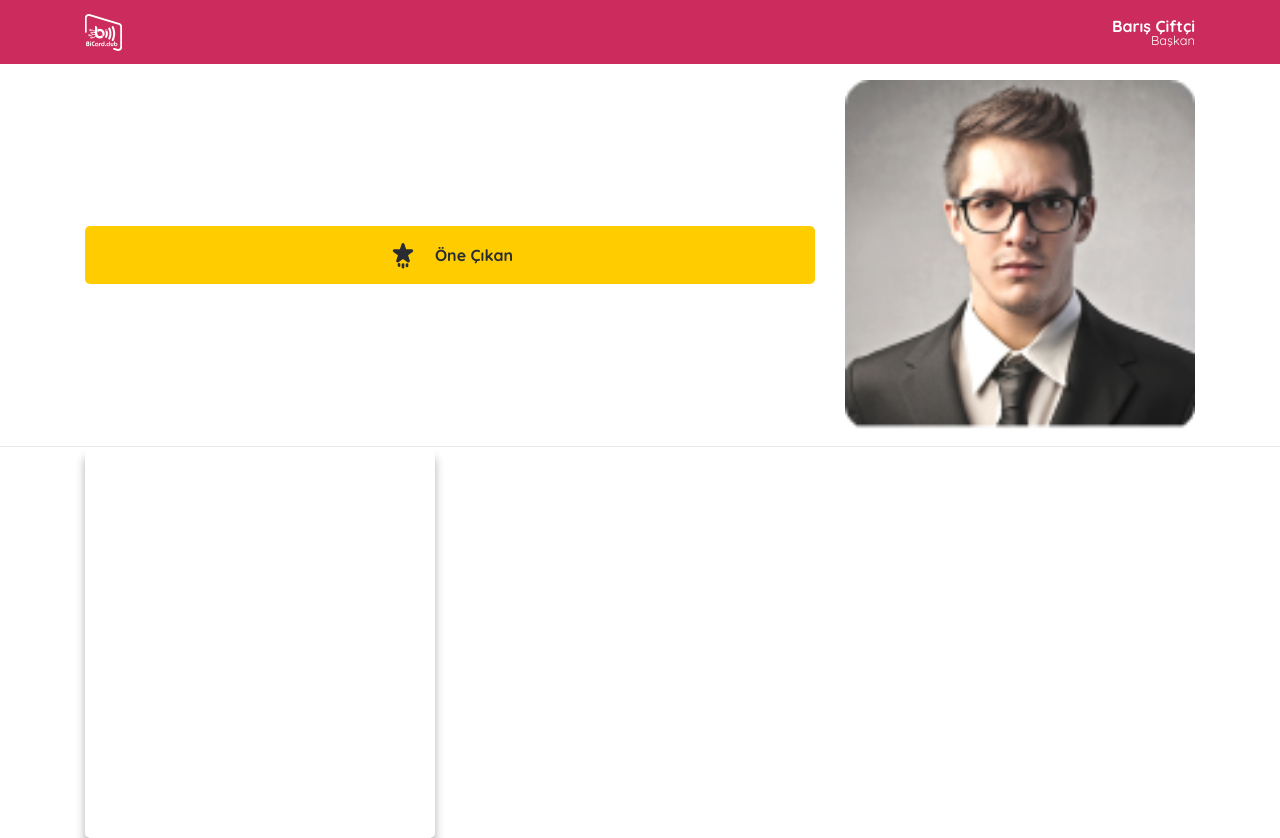
Repository: KayahanKahriman/bicard
Page: index.html
The author's editor kept a copy of each file at every save. The page is drawn from the files as they stood at one save, then again after the next save.
The browser window is 1280 px wide. The pictures show the whole page.
The style sheet was rebuilt from its Sass, Less or Tailwind sources for each picture, by a compiler version that may differ from the author's.

Above is the page before, as saved 2021-12-01 12:15:58.

### index.html
<!doctype html>
<html>

<head>
    <meta name="viewport" content="width=device-width, initial-scale=1, maximum-scale=1, user-scalable=no">
    <meta charset="utf-8" />
    <title>Title</title>
    <link rel="preconnect" href="https://fonts.googleapis.com">
    <link rel="preconnect" href="https://fonts.gstatic.com" crossorigin>
    <link href="https://fonts.googleapis.com/css2?family=Quicksand:wght@400;500;700&display=swap" rel="stylesheet">
    <link href="./assets/css/style.css" type="text/css" rel="stylesheet" />
</head>

<body>
    <header id="app-bar">
        <div class="container h-100">
            <div class="row h-100 align-items-center justify-content-between">
                <div class="col-1">
                    <img src="./assets/images/logo.png" alt="">
                </div>
                <div class="col-11">
                    <div id="app-bar-right">
                        <p id="person-name">Barış Çiftçi</p>
                        <p id="person-title">Başkan</p>
                    </div>
                </div>
            </div>
        </div>
    </header>

    <section id="profile" class="py-3">
        <div class="container">
            <div class="row align-items-center justify-content-center text-center">
                <div class="col-8">
                    <a href="#" class="button jumbo-button button-has-icon"><img src="./assets/images/ranking.svg" alt="">Öne Çıkan</a>
                </div>
                <div class="col-4">
                    <img class="img-contain" src="./assets/images/avatar.png" alt="">
                </div>
            </div>
        </div>
    </section>

    <section id="icon-grid">
        <div class="container">
            <div class="row">
                <div class="col-4">
                    <div class="icon-grid-item">
                        <img src="./assets/images/user-add.png" alt="">
                    </div>
                </div>
            </div>
        </div>
    </section>

    <script src="https://unpkg.com/swiper/swiper-bundle.min.js"></script>
    <script type="text/javascript" src="assets/js/index.js"></script>
</body>

</html>

### assets/scss/style.scss
@import "main";

#app-bar {
  background-color: var(--primary-color);
  height: var(--app-bar-height);
  width: 100%;
  color: white;

  #person-name,
  #person-title {
    line-height: 1;
    text-align: right;
    margin-bottom: 0;
  }

  #person-name {
    font-weight: 600;
  }

  #person-title {
    font-size: 0.8em;
  }
}

#profile {
  background-color: white;
  position: relative;
  top: var(--app-bar-height);
  position: sticky;
  width: 100%;
  border-bottom: 1px solid var(--border-color);
}

/*------------------------------------*\
    RESPONSIVE
\*------------------------------------*/

@media only screen and (min-width: 320px) {
}

@media only screen and (min-width: 480px) {
}

@media only screen and (min-width: 768px) {
}

@media only screen and (min-width: 1024px) {
}

@media only screen and (min-width: 1140px) {
}

@media only screen and (min-width: 1280px) {
}

@media only screen and (-webkit-min-device-pixel-ratio: 1.5),
  only screen and (min-resolution: 144dpi) {
}

### assets/scss/_main.scss
@import "./flex-grid/flexgrid";
@import "vars";
@import "https://unpkg.com/swiper/swiper-bundle.min.css";

*,
*:after,
*:before {
  margin: 0;
  padding: 0;
  -webkit-font-smoothing: antialiased;
  text-rendering: optimizeLegibility;
}

.row-no-padding {
  margin-left: 0;
  margin-right: 0;

  [class*="col-"] {
    padding-left: 0 !important;
    padding-right: 0 !important;
  }
}

a {
  color: var(--link-color);
  text-decoration: none;
}

a:hover,
a:focus,
a:active {
  text-decoration: none;
  outline: none;
}

html,
body {
  height: 100%;
  min-height: 100%;
}

body {
  font-size: 16px;
  color: var(--text-color);
  font-family: var(--primary-font);
  font-weight: 400;
}

.button {
  border-radius: 5px;
  padding: 0.5em 1em;
  transition: all 0.3s ease-in-out;

  &:hover {
    color: var(--text-color);
  }
}

.primary-button {
  background-color: var(--primary-color);

  &:hover {
    background-color: var(--primary-font);
  }
}

.jumbo-button {
  background-color: var(--secondary-color);
  font-weight: 600;
  padding: 0.8em 2em;

  &:hover {
    background-color: var(--darker-secondary-color);
  }
}

.button-has-icon {
  display: flex;
  align-items: center;
  justify-content: center;
  column-gap: 1em;

  img,
  svg {
    width: 2em;
    height: 2em;
    object-position: center;
    object-fit: contain;
  }
}

.img-contain {
  width: 100%;
  height: 100%;
  object-fit: contain;
  object-position: center center;
}

.icon-grid-item {
  border-radius: 5px;
  box-shadow: 0 10px 10px #00000050;
  display: flex;
  align-items: center;
  justify-content: center;
  padding-bottom: 100%;
}

### assets/scss/flex-grid/_flexgrid.scss
@import "functions";
@import "variables";
@import "mixins";
@import "reboot";
@import "utilities";
@import "grid";

### assets/scss/flex-grid/_functions.scss
// Bootstrap functions
//
// Utility mixins and functions for evaluating source code across our variables, maps, and mixins.

// Ascending
// Used to evaluate Sass maps like our grid breakpoints.
@mixin _assert-ascending($map, $map-name) {
  $prev-key: null;
  $prev-num: null;
  @each $key, $num in $map {
    @if $prev-num == null or unit($num) == "%" {
      // Do nothing
    } @else if not comparable($prev-num, $num) {
      @warn "Potentially invalid value for #{$map-name}: This map must be in ascending order, but key '#{$key}' has value #{$num} whose unit makes it incomparable to #{$prev-num}, the value of the previous key '#{$prev-key}' !";
    } @else if $prev-num >= $num {
      @warn "Invalid value for #{$map-name}: This map must be in ascending order, but key '#{$key}' has value #{$num} which isn't greater than #{$prev-num}, the value of the previous key '#{$prev-key}' !";
    }
    $prev-key: $key;
    $prev-num: $num;
  }
}

// Starts at zero
// Used to ensure the min-width of the lowest breakpoint starts at 0.
@mixin _assert-starts-at-zero($map, $map-name: "$grid-breakpoints") {
  $values: map-values($map);
  $first-value: nth($values, 1);
  @if $first-value != 0 {
    @warn "First breakpoint in #{$map-name} must start at 0, but starts at #{$first-value}.";
  }
}

// Replace `$search` with `$replace` in `$string`
// Used on our SVG icon backgrounds for custom forms.
//
// @author Hugo Giraudel
// @param {String} $string - Initial string
// @param {String} $search - Substring to replace
// @param {String} $replace ('') - New value
// @return {String} - Updated string
@function str-replace($string, $search, $replace: "") {
  $index: str-index($string, $search);

  @if $index {
    @return str-slice($string, 1, $index - 1) + $replace + str-replace(str-slice($string, $index + str-length($search)), $search, $replace);
  }

  @return $string;
}

// Color contrast
@function color-yiq($color, $dark: $yiq-text-dark, $light: $yiq-text-light) {
  $r: red($color);
  $g: green($color);
  $b: blue($color);

  $yiq: (($r * 299) + ($g * 587) + ($b * 114)) / 1000;

  @if ($yiq >= $yiq-contrasted-threshold) {
    @return $dark;
  } @else {
    @return $light;
  }
}

// Retrieve color Sass maps
@function color($key: "blue") {
  @return map-get($colors, $key);
}

@function theme-color($key: "primary") {
  @return map-get($theme-colors, $key);
}

@function gray($key: "100") {
  @return map-get($grays, $key);
}

// Request a theme color level
@function theme-color-level($color-name: "primary", $level: 0) {
  $color: theme-color($color-name);
  $color-base: if($level > 0, $black, $white);
  $level: abs($level);

  @return mix($color-base, $color, $level * $theme-color-interval);
}

### assets/scss/flex-grid/_mixins.scss
// Toggles
//
// Used in conjunction with global variables to enable certain theme features.

// Vendor
@import "vendor/rfs";


// Utilities
@import "mixins/breakpoints";
@import "mixins/image";
@import "mixins/hover";
@import "mixins/deprecate";
@import "mixins/text-hide";
@import "mixins/text-truncate";
@import "mixins/text-emphasis";
@import "mixins/size";


// // Layout
@import "mixins/clearfix";
@import "mixins/grid-framework";
@import "mixins/grid";
@import "mixins/float";

### assets/scss/flex-grid/mixins/_image.scss
// Image Mixins
// - Responsive image
// - Retina image


// Responsive image
//
// Keep images from scaling beyond the width of their parents.

@mixin img-fluid {
  // Part 1: Set a maximum relative to the parent
  max-width: 100%;
  // Part 2: Override the height to auto, otherwise images will be stretched
  // when setting a width and height attribute on the img element.
  height: auto;
}


// Retina image
//
// Short retina mixin for setting background-image and -size.

@mixin img-retina($file-1x, $file-2x, $width-1x, $height-1x) {
  background-image: url($file-1x);

  // Autoprefixer takes care of adding -webkit-min-device-pixel-ratio and -o-min-device-pixel-ratio,
  // but doesn't convert dppx=>dpi.
  // There's no such thing as unprefixed min-device-pixel-ratio since it's nonstandard.
  // Compatibility info: https://caniuse.com/#feat=css-media-resolution
  @media only screen and (min-resolution: 192dpi), // IE9-11 don't support dppx
    only screen and (min-resolution: 2dppx) { // Standardized
    background-image: url($file-2x);
    background-size: $width-1x $height-1x;
  }
  @include deprecate("`img-retina()`", "v4.3.0", "v5");
}

### assets/scss/flex-grid/mixins/_hover.scss
// Hover mixin and `$enable-hover-media-query` are deprecated.
//
// Originally added during our alphas and maintained during betas, this mixin was
// designed to prevent `:hover` stickiness on iOS-an issue where hover styles
// would persist after initial touch.
//
// For backward compatibility, we've kept these mixins and updated them to
// always return their regular pseudo-classes instead of a shimmed media query.
//
// Issue: https://github.com/twbs/bootstrap/issues/25195

@mixin hover {
  &:hover { @content; }
}

@mixin hover-focus {
  &:hover,
  &:focus {
    @content;
  }
}

@mixin plain-hover-focus {
  &,
  &:hover,
  &:focus {
    @content;
  }
}

@mixin hover-focus-active {
  &:hover,
  &:focus,
  &:active {
    @content;
  }
}

### assets/scss/flex-grid/mixins/_grid-framework.scss
// Framework grid generation
//
// Used only by Bootstrap to generate the correct number of grid classes given
// any value of `$grid-columns`.

@mixin make-grid-columns($columns: $grid-columns, $gutter: $grid-gutter-width, $breakpoints: $grid-breakpoints) {
  // Common properties for all breakpoints
  %grid-column {
    position: relative;
    width: 100%;
    padding-right: $gutter / 2;
    padding-left: $gutter / 2;
  }

  @each $breakpoint in map-keys($breakpoints) {
    $infix: breakpoint-infix($breakpoint, $breakpoints);

    // Allow columns to stretch full width below their breakpoints
    @for $i from 1 through $columns {
      .col#{$infix}-#{$i} {
        @extend %grid-column;
      }
    }
    .col#{$infix},
    .col#{$infix}-auto {
      @extend %grid-column;
    }

    @include media-breakpoint-up($breakpoint, $breakpoints) {
      // Provide basic `.col-{bp}` classes for equal-width flexbox columns
      .col#{$infix} {
        flex-basis: 0;
        flex-grow: 1;
        max-width: 100%;
      }
      .col#{$infix}-auto {
        flex: 0 0 auto;
        width: auto;
        max-width: 100%; // Reset earlier grid tiers
      }

      @for $i from 1 through $columns {
        .col#{$infix}-#{$i} {
          @include make-col($i, $columns);
        }
      }

      .order#{$infix}-first { order: -1; }

      .order#{$infix}-last { order: $columns + 1; }

      @for $i from 0 through $columns {
        .order#{$infix}-#{$i} { order: $i; }
      }

      // `$columns - 1` because offsetting by the width of an entire row isn't possible
      @for $i from 0 through ($columns - 1) {
        @if not ($infix == "" and $i == 0) { // Avoid emitting useless .offset-0
          .offset#{$infix}-#{$i} {
            @include make-col-offset($i, $columns);
          }
        }
      }
    }
  }
}

### assets/scss/flex-grid/mixins/_grid.scss
/// Grid system
//
// Generate semantic grid columns with these mixins.

@mixin make-container($gutter: $grid-gutter-width) {
  width: 100%;
  padding-right: $gutter / 2;
  padding-left: $gutter / 2;
  margin-right: auto;
  margin-left: auto;
}


// For each breakpoint, define the maximum width of the container in a media query
@mixin make-container-max-widths($max-widths: $container-max-widths, $breakpoints: $grid-breakpoints) {
  @each $breakpoint, $container-max-width in $max-widths {
    @include media-breakpoint-up($breakpoint, $breakpoints) {
      max-width: $container-max-width;
    }
  }
}

@mixin make-row($gutter: $grid-gutter-width) {
  display: flex;
  flex-wrap: wrap;
  margin-right: -$gutter / 2;
  margin-left: -$gutter / 2;
}

@mixin make-col-ready($gutter: $grid-gutter-width) {
  position: relative;
  // Prevent columns from becoming too narrow when at smaller grid tiers by
  // always setting `width: 100%;`. This works because we use `flex` values
  // later on to override this initial width.
  width: 100%;
  padding-right: $gutter / 2;
  padding-left: $gutter / 2;
}

@mixin make-col($size, $columns: $grid-columns) {
  flex: 0 0 percentage($size / $columns);
  // Add a `max-width` to ensure content within each column does not blow out
  // the width of the column. Applies to IE10+ and Firefox. Chrome and Safari
  // do not appear to require this.
  max-width: percentage($size / $columns);
}

@mixin make-col-offset($size, $columns: $grid-columns) {
  $num: $size / $columns;
  margin-left: if($num == 0, 0, percentage($num));
}

### assets/scss/flex-grid/_utilities.scss
@import "utilities/align";
@import "utilities/clearfix";
@import "utilities/display";
@import "utilities/flex";
@import "utilities/float";
@import "utilities/position";
@import "utilities/text";
@import "utilities/spacing";
@import "utilities/sizing";

### assets/scss/flex-grid/utilities/_flex.scss
// stylelint-disable declaration-no-important

// Flex variation
//
// Custom styles for additional flex alignment options.

@each $breakpoint in map-keys($grid-breakpoints) {
  @include media-breakpoint-up($breakpoint) {
    $infix: breakpoint-infix($breakpoint, $grid-breakpoints);

    .flex#{$infix}-row            { flex-direction: row !important; }
    .flex#{$infix}-column         { flex-direction: column !important; }
    .flex#{$infix}-row-reverse    { flex-direction: row-reverse !important; }
    .flex#{$infix}-column-reverse { flex-direction: column-reverse !important; }

    .flex#{$infix}-wrap         { flex-wrap: wrap !important; }
    .flex#{$infix}-nowrap       { flex-wrap: nowrap !important; }
    .flex#{$infix}-wrap-reverse { flex-wrap: wrap-reverse !important; }
    .flex#{$infix}-fill         { flex: 1 1 auto !important; }
    .flex#{$infix}-grow-0       { flex-grow: 0 !important; }
    .flex#{$infix}-grow-1       { flex-grow: 1 !important; }
    .flex#{$infix}-shrink-0     { flex-shrink: 0 !important; }
    .flex#{$infix}-shrink-1     { flex-shrink: 1 !important; }

    .justify-content#{$infix}-start   { justify-content: flex-start !important; }
    .justify-content#{$infix}-end     { justify-content: flex-end !important; }
    .justify-content#{$infix}-center  { justify-content: center !important; }
    .justify-content#{$infix}-between { justify-content: space-between !important; }
    .justify-content#{$infix}-around  { justify-content: space-around !important; }

    .align-items#{$infix}-start    { align-items: flex-start !important; }
    .align-items#{$infix}-end      { align-items: flex-end !important; }
    .align-items#{$infix}-center   { align-items: center !important; }
    .align-items#{$infix}-baseline { align-items: baseline !important; }
    .align-items#{$infix}-stretch  { align-items: stretch !important; }

    .align-content#{$infix}-start   { align-content: flex-start !important; }
    .align-content#{$infix}-end     { align-content: flex-end !important; }
    .align-content#{$infix}-center  { align-content: center !important; }
    .align-content#{$infix}-between { align-content: space-between !important; }
    .align-content#{$infix}-around  { align-content: space-around !important; }
    .align-content#{$infix}-stretch { align-content: stretch !important; }

    .align-self#{$infix}-auto     { align-self: auto !important; }
    .align-self#{$infix}-start    { align-self: flex-start !important; }
    .align-self#{$infix}-end      { align-self: flex-end !important; }
    .align-self#{$infix}-center   { align-self: center !important; }
    .align-self#{$infix}-baseline { align-self: baseline !important; }
    .align-self#{$infix}-stretch  { align-self: stretch !important; }
  }
}

### assets/scss/flex-grid/utilities/_text.scss
// stylelint-disable declaration-no-important

//
// Text
//

.text-monospace { font-family: $font-family-monospace !important; }

// Alignment

.text-justify  { text-align: justify !important; }
.text-wrap     { white-space: normal !important; }
.text-nowrap   { white-space: nowrap !important; }
.text-truncate { @include text-truncate; }

// Responsive alignment

@each $breakpoint in map-keys($grid-breakpoints) {
  @include media-breakpoint-up($breakpoint) {
    $infix: breakpoint-infix($breakpoint, $grid-breakpoints);

    .text#{$infix}-left   { text-align: left !important; }
    .text#{$infix}-right  { text-align: right !important; }
    .text#{$infix}-center { text-align: center !important; }
  }
}

// Transformation

.text-lowercase  { text-transform: lowercase !important; }
.text-uppercase  { text-transform: uppercase !important; }
.text-capitalize { text-transform: capitalize !important; }

// Weight and italics

.font-weight-light   { font-weight: $font-weight-light !important; }
.font-weight-lighter { font-weight: $font-weight-lighter !important; }
.font-weight-normal  { font-weight: $font-weight-normal !important; }
.font-weight-bold    { font-weight: $font-weight-bold !important; }
.font-weight-bolder  { font-weight: $font-weight-bolder !important; }
.font-italic         { font-style: italic !important; }

// Contextual colors

.text-white { color: $white !important; }

@each $color, $value in $theme-colors {
  @include text-emphasis-variant(".text-#{$color}", $value);
}

.text-body { color: $body-color !important; }
.text-muted { color: $text-muted !important; }

.text-black-50 { color: rgba($black, .5) !important; }
.text-white-50 { color: rgba($white, .5) !important; }

// Misc

.text-hide {
  @include text-hide($ignore-warning: true);
}

.text-decoration-none { text-decoration: none !important; }

.text-break {
  word-break: break-word !important; // IE & < Edge 18
  overflow-wrap: break-word !important;
}

// Reset

.text-reset { color: inherit !important; }

### assets/scss/flex-grid/utilities/_spacing.scss
// stylelint-disable declaration-no-important

// Margin and Padding

@each $breakpoint in map-keys($grid-breakpoints) {
  @include media-breakpoint-up($breakpoint) {
    $infix: breakpoint-infix($breakpoint, $grid-breakpoints);

    @each $prop, $abbrev in (margin: m, padding: p) {
      @each $size, $length in $spacers {
        .#{$abbrev}#{$infix}-#{$size} { #{$prop}: $length !important; }
        .#{$abbrev}t#{$infix}-#{$size},
        .#{$abbrev}y#{$infix}-#{$size} {
          #{$prop}-top: $length !important;
        }
        .#{$abbrev}r#{$infix}-#{$size},
        .#{$abbrev}x#{$infix}-#{$size} {
          #{$prop}-right: $length !important;
        }
        .#{$abbrev}b#{$infix}-#{$size},
        .#{$abbrev}y#{$infix}-#{$size} {
          #{$prop}-bottom: $length !important;
        }
        .#{$abbrev}l#{$infix}-#{$size},
        .#{$abbrev}x#{$infix}-#{$size} {
          #{$prop}-left: $length !important;
        }
      }
    }

    // Negative margins (e.g., where `.mb-n1` is negative version of `.mb-1`)
    @each $size, $length in $spacers {
      @if $size != 0 {
        .m#{$infix}-n#{$size} { margin: -$length !important; }
        .mt#{$infix}-n#{$size},
        .my#{$infix}-n#{$size} {
          margin-top: -$length !important;
        }
        .mr#{$infix}-n#{$size},
        .mx#{$infix}-n#{$size} {
          margin-right: -$length !important;
        }
        .mb#{$infix}-n#{$size},
        .my#{$infix}-n#{$size} {
          margin-bottom: -$length !important;
        }
        .ml#{$infix}-n#{$size},
        .mx#{$infix}-n#{$size} {
          margin-left: -$length !important;
        }
      }
    }

    // Some special margin utils
    .m#{$infix}-auto { margin: auto !important; }
    .mt#{$infix}-auto,
    .my#{$infix}-auto {
      margin-top: auto !important;
    }
    .mr#{$infix}-auto,
    .mx#{$infix}-auto {
      margin-right: auto !important;
    }
    .mb#{$infix}-auto,
    .my#{$infix}-auto {
      margin-bottom: auto !important;
    }
    .ml#{$infix}-auto,
    .mx#{$infix}-auto {
      margin-left: auto !important;
    }
  }
}

### assets/scss/flex-grid/_grid.scss
// Container widths
//
// Set the container width, and override it for fixed navbars in media queries.

@if $enable-grid-classes {
  .container {
    @include make-container();
    @include make-container-max-widths();
  }
}

// Fluid container
//
// Utilizes the mixin meant for fixed width containers, but with 100% width for
// fluid, full width layouts.

@if $enable-grid-classes {
  .container-fluid {
    @include make-container();
  }
}

// Row
//
// Rows contain and clear the floats of your columns.

@if $enable-grid-classes {
  .row {
    @include make-row();
  }

  // Remove the negative margin from default .row, then the horizontal padding
  // from all immediate children columns (to prevent runaway style inheritance).
  .no-gutters {
    margin-right: 0;
    margin-left: 0;

    > .col,
    > [class*="col-"] {
      padding-right: 0;
      padding-left: 0;
    }
  }
}

// Columns
//
// Common styles for small and large grid columns

@if $enable-grid-classes {
  @include make-grid-columns();
}

### assets/scss/_vars.scss
:root {
  // Fonts
  --quicksand: "Quicksand", sans-serif;
  --primary-font: var(--quicksand);

  // Colors
  --primary-color: #cc2b5e;
  --darker-primary-color: #b12451;
  --secondary-color: #ffcc00;
  --darker-secondary-color: #d4aa00;
  --text-color: #292d32;
  --link-color: #292d32;
  --alt-text-color: #616e7d;
  --border-color: #eaeaea;

  // Sizes
  --app-bar-height: 4em;
}

Loaded but not shown: assets/scss/flex-grid/vendor/_rfs.scss (common file); assets/scss/flex-grid/mixins/_deprecate.scss (common file); assets/scss/flex-grid/mixins/_text-hide.scss (common file); assets/scss/flex-grid/mixins/_text-truncate.scss (common file); assets/scss/flex-grid/mixins/_text-emphasis.scss (common file); assets/scss/flex-grid/mixins/_size.scss (common file); assets/scss/flex-grid/mixins/_clearfix.scss (common file); assets/scss/flex-grid/mixins/_float.scss (common file); assets/scss/flex-grid/utilities/_align.scss (common file); assets/scss/flex-grid/utilities/_clearfix.scss (common file); assets/scss/flex-grid/utilities/_display.scss (common file); assets/scss/flex-grid/utilities/_float.scss (common file); assets/scss/flex-grid/utilities/_position.scss (common file); assets/scss/flex-grid/utilities/_sizing.scss (common file); assets/js/index.js (6 lines, source omitted); assets/scss/flex-grid/_variables.scss (1123 lines, source omitted); assets/scss/flex-grid/_reboot.scss (483 lines, source omitted); assets/scss/flex-grid/mixins/_breakpoints.scss (123 lines, source omitted)

After the next save:
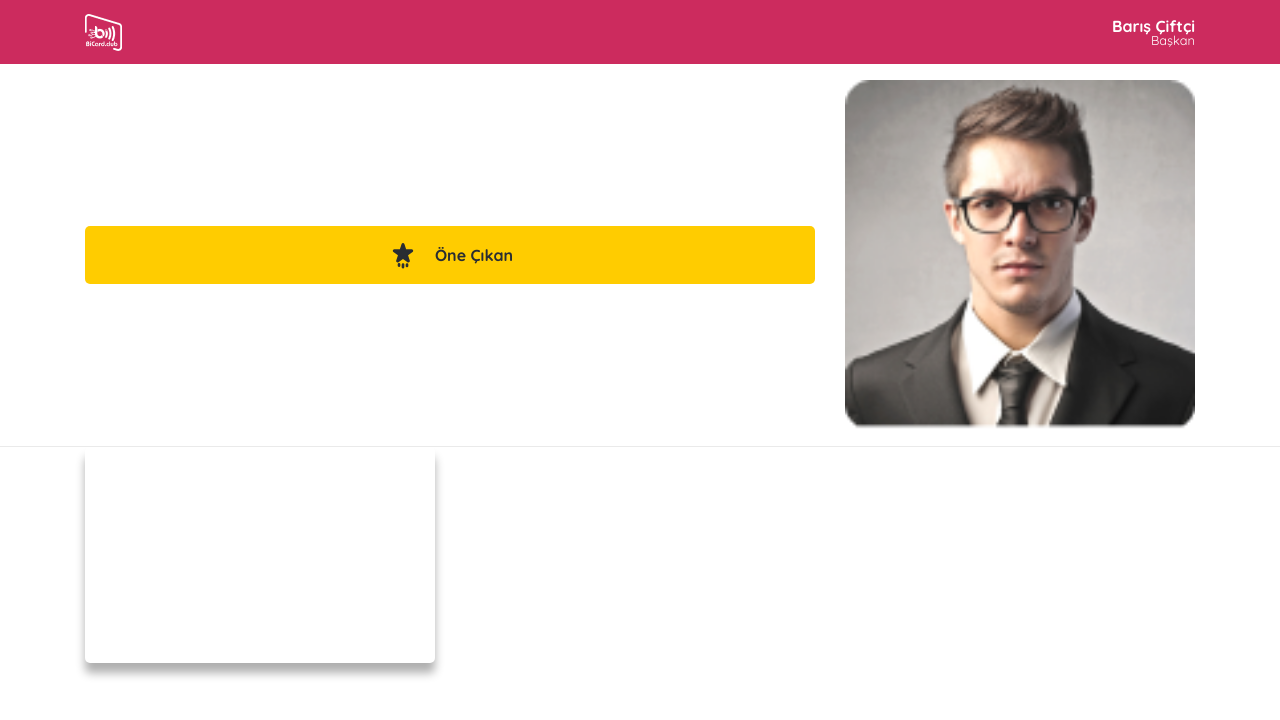
Saved 8 s later.
--- a/assets/scss/_main.scss
+++ b/assets/scss/_main.scss
@@ -102,5 +102,5 @@
   display: flex;
   align-items: center;
   justify-content: center;
-  padding-bottom: 100%;
+  padding-bottom: 50%;
 }
